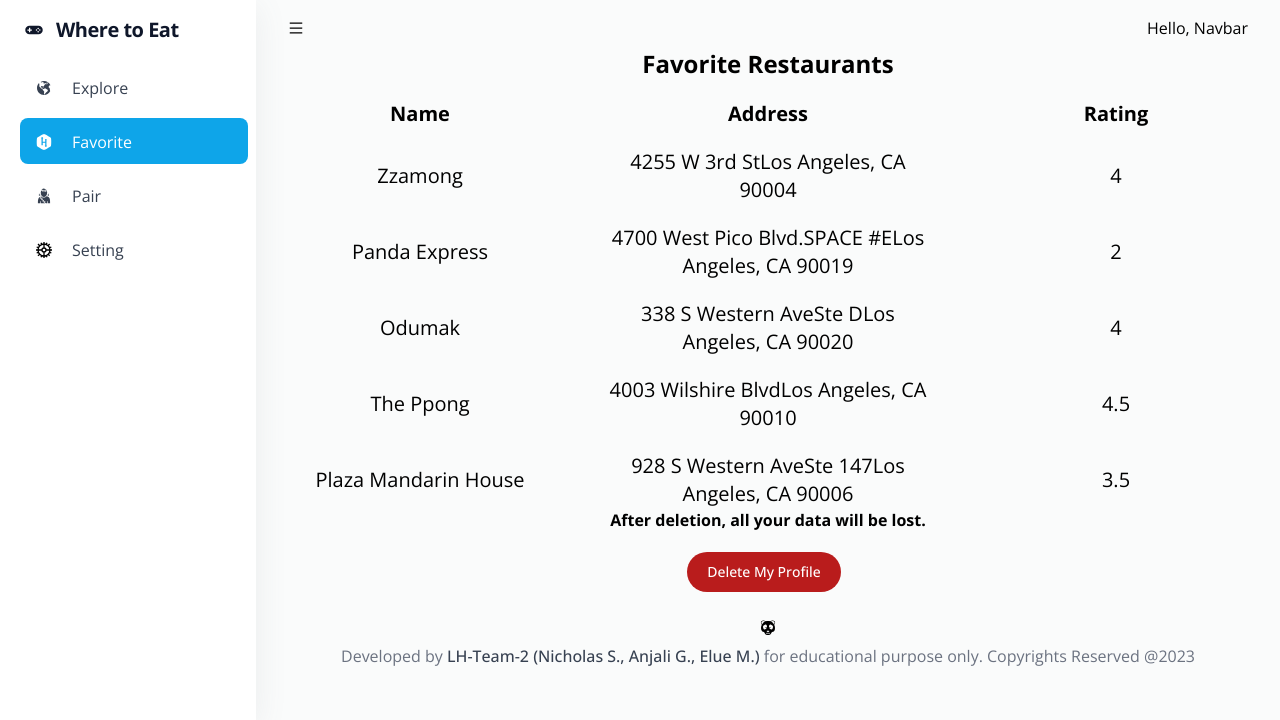
Repository: n-shen/where-to-eat
Page: /favorite (app in client/)
An editor plug-in stored every save of this project. The page is shown before and after the next save, followed by the edit.
The browser window is 1280 px wide. The pictures show the whole page.
The page's requests for data from a server got no answer. The project was rebuilt for these pictures with package versions that can differ from the ones it lists, and the page was loaded fresh each time. No one was signed in, and anything a server would have sent is missing. Also part of the build but not shown: client/src/data/cities.js, client/src/components/SearchForm.jsx, client/src/components/SearchResult.jsx, client/src/components/room.jsx, client/src/components/Room/Chat.jsx, client/src/components/Room/Selection.jsx, client/src/components/Room/Intro.jsx, client/src/components/Room/Game.jsx and 5 more.

Above is the page before, as saved 2023-05-05 20:08:58.

### client/src/index.js
import React from "react";
import ReactDOM from "react-dom/client";
import "./index.css";
import App from "./App";
import { ContextProvider } from "./contexts/ContextProvider";

const root = ReactDOM.createRoot(document.getElementById("root"));
root.render(
  <ContextProvider>
    <App />
  </ContextProvider>
);

### client/src/index.css
@import url('https://fonts.googleapis.com/css2?family=Open+Sans:wght@400;500;600;700&display=swap');

body {
  margin: 0;
  padding:0;
  font-family: "Open Sans", sans-serif;
}

@tailwind base;
@tailwind components;
@tailwind utilities;

### client/src/App.js
import React, { useEffect } from "react";
import { BrowserRouter, Routes, Route } from "react-router-dom";

import { Navbar, Sidebar, RoomPage } from "./components";
import {Favorite, Home} from "./pages";

import { useStateContext } from "./contexts/ContextProvider";
import "./App.css";

// import axios from "axios";

function App() {
  const { shared_info, activeMenu } = useStateContext();

  // const baseURL = shared_info.baseURL;

  return (
      <div>
        <BrowserRouter>
          <div className="flex relative dark:bg-main-dark-bg">
            {activeMenu ? (
                <div className="w-64 fixed sidebar dark:bg-secondary-dark-bg bg-white">
                  <Sidebar />
                </div>
            ) : (
                <div className="w-0 dark:bg-secondary-dark-bg">
                  <Sidebar />
                </div>
            )}

            <div
                className={`dark:bg-main-bg bg-main-bg min-h-screen w-full ${
                    activeMenu ? "md:ml-64" : " flex-2"
                }`}
            >
              <div className="fixed md:static bg-main-bg dark:bg-main-dark-bg navbar w-full">
                <Navbar />
              </div>

              <div>
                <Routes>
                  <Route path="/" element={<Home />}></Route>
                  <Route path="/favorite" element={<Favorite />}></Route>
                  <Route path="/room" element={<RoomPage />}></Route>
                </Routes>
              </div>
            </div>
          </div>
        </BrowserRouter>
      </div>
  );
}

export default App;

### client/src/contexts/ContextProvider.jsx
import React, { createContext, useContext, useState } from "react";
import { io } from "socket.io-client";

const StateContext = createContext();

const shared_info = {
  serverURL: "http://localhost:8080",
  apiURL: "http://localhost:8080/api/v1",
};

const socket = io(shared_info.serverURL);

export const ContextProvider = ({ children }) => {
  const [screenSize, setScreenSize] = useState(undefined);
  const [activeMenu, setActiveMenu] = useState(true);
  const [userProfile, setUserProfile] = useState(undefined);
  const [gameBegin, setGameBegin] = useState(false);
  const [gameIntroBegin, setGameIntroBegin] = useState(false);
  const [selectionBegin, setSelectionBegin] = useState(false);
  const [waiting, setWaiting] = useState(false);
  const [partnerReady, setPartnerReady] = useState(false);
  const [partnerAction, setPartnerAction] = useState("");
  const [displayCross, setDisplayCross] = useState(false);
  const [displayFinal, setDisplayFinal] = useState("");

  const [localStore, setLocalStore] = useState(null);

  const [queryResults, setQueryResults] = useState(null);

  return (
    <StateContext.Provider
      value={{
        socket,
        shared_info,
        userProfile,
        setUserProfile,
        activeMenu,
        setActiveMenu,
        screenSize,
        setScreenSize,
        selectionBegin,
        setSelectionBegin,
        waiting,
        setWaiting,
        gameIntroBegin,
        setGameIntroBegin,
        gameBegin,
        setGameBegin,
        partnerReady,
        setPartnerReady,
        partnerAction,
        setPartnerAction,
        displayCross,
        setDisplayCross,
        displayFinal,
        setDisplayFinal,
        queryResults,
        setQueryResults,
        localStore,
        setLocalStore,
      }}
    >
      {children}
    </StateContext.Provider>
  );
};

export const useStateContext = () => useContext(StateContext);

### client/src/components/index.js
export { default as Navbar } from "./Navbar";
export { default as Sidebar } from "./Sidebar";
export { default as Footer } from "./Footer";
export { default as SearchForm } from "./SearchForm";
export { default as SearchResult } from "./SearchResult";
export { default as RoomPage } from "./room";
export { default as Room } from "./Room/Room";

### client/src/pages/index.jsx
export { default as Home } from "./Home";
export { default as Favorite } from "./Favorite";

### client/src/App.css
.sidebar {
  box-shadow: rgb(113 122 131 / 11%) 0px 7px 30px 0px;
}
.nav-item,
.navbar {
  z-index: 10000;
}
@media  screen and (max-width:800px) {
  .sidebar{
    z-index: 10000000;
  }
}

.e-dlg-center-center, .e-quick-popup-wrapper.e-device{
  z-index: 1000000 !important;
}

::-webkit-scrollbar {
  width: 6px;
}
::-webkit-scrollbar-thumb {
  background-color: rgb(216, 216, 216);
  border-radius: 40px;
}
::-webkit-scrollbar-track {
  background-color: transparent;
}

/* color-picker style  */

#preview {
  background: transparent
  url('https://ej2.syncfusion.com/react/demos/src/color-picker/images/pen.png')
  no-repeat;
  display: inline-block;
  height: 80px;
  margin: 10px 0;
  min-width: 300px;
  max-width: 600px;
  background-color: #008000;
}

.e-input-group:not(.e-float-icon-left), .e-input-group.e-success:not(.e-float-icon-left), .e-input-group.e-warning:not(.e-float-icon-left), .e-input-group.e-error:not(.e-float-icon-left), .e-input-group.e-control-wrapper:not(.e-float-icon-left), .e-input-group.e-control-wrapper.e-success:not(.e-float-icon-left), .e-input-group.e-control-wrapper.e-warning:not(.e-float-icon-left), .e-input-group.e-control-wrapper.e-error:not(.e-float-icon-left){
  border: none;
}

### client/src/components/Navbar.jsx
import React, { useEffect } from "react";
import { useStateContext } from "../contexts/ContextProvider";
import { AiOutlineMenu } from "react-icons/ai";

const Navbar = () => {
    const { activeMenu, setActiveMenu, setScreenSize, screenSize, userProfile } =
        useStateContext();

    useEffect(() => {
        const handleResize = () => setScreenSize(window.innerWidth);

        window.addEventListener("resize", handleResize);

        handleResize();

        return () => window.removeEventListener("resize", handleResize);
    }, [setScreenSize]);

    useEffect(() => {
        if (screenSize <= 900) {
            setActiveMenu(false);
        } else {
            setActiveMenu(true);
        }
    }, [screenSize, setScreenSize, setActiveMenu]);

    const handleActiveMenu = () => setActiveMenu(!activeMenu);

    return (
        <div className="mt-2 flex justify-between p-2 md:ml-6 md:mr-6 relative">
            <button onClick={handleActiveMenu}>
                <AiOutlineMenu />
            </button>
            <div>
                <p className={screenSize >= 900 ? "" : "text-xs"}>Hello, Navbar</p>
                {userProfile && (
                    <div className="flex items-center gap-2 p-1 rounded-lg text-right">
                        <p className={screenSize >= 900 ? "" : "text-xs"}>
                            <span className="text-gray-400 text-14">Hi,</span>{" "}
                            <span className="text-gray-400 font-bold ml-1 text-14">
                {userProfile["name"]}
              </span>{" "}
                            <span className="text-gray-400 text-14">from</span>
                            <span className="text-gray-400 font-bold ml-1 text-14">
                {userProfile["city"]}
              </span>{" "}
                        </p>
                    </div>
                )}
            </div>
        </div>
    );
};

export default Navbar;

### client/src/components/Sidebar.jsx
import React from "react";
import { Link, NavLink } from "react-router-dom";
import { GiEarthAmerica, GiFrankensteinCreature } from "react-icons/gi";
import { GrSettingsOption } from "react-icons/gr";
import { IoLogoGameControllerA } from "react-icons/io";
import { FaHackerrank } from "react-icons/fa";
import { MdOutlineCancel } from "react-icons/md";
import { useStateContext } from "../contexts/ContextProvider";

const Sidebar = () => {
    const { activeMenu, setActiveMenu, screenSize } = useStateContext();

    const handleCloseSideBar = () => {
        if (activeMenu !== undefined && screenSize <= 900) {
            setActiveMenu(false);
        }
    };

    const activeLink =
        "flex items-center gap-5 pl-4 pt-3 pb-2.5 rounded-lg text-white text-md m-2 bg-sky-500/100";
    const normalLink =
        "flex items-center gap-5 pl-4 pt-3 pb-2.5 rounded-lg text-md text-gray-700 dark:text-gray-200 dark:hover:text-black hover:bg-light-gray m-2";

    return (
        <div className="ml-3 h-screen md:overflow-hidden overflow-auto md:hover:overflow-auto pb-10">
            {activeMenu && (
                <>
                    <div className="flex justify-between items-center">
                        <Link
                            to="/"
                            onClick={handleCloseSideBar}
                            className="items-center gap-3 ml-3 mt-4 flex text-xl font-extrabold tracking-tight dart:text-white text-slate-900"
                        >
                            <IoLogoGameControllerA />
                            <span>Where to Eat</span>
                        </Link>

                        <div>
                            <button
                                type="button"
                                onClick={() => setActiveMenu(!activeMenu)}
                                className="text-xl rounded-full p-3 hover:bg-light-gray mt-4 block md:hidden"
                            >
                                <MdOutlineCancel />
                            </button>
                        </div>
                    </div>
                    <div className="mt-5">
                        <NavLink
                            to="/"
                            key="Home"
                            onClick={handleCloseSideBar}
                            className={({ isActive }) => (isActive ? activeLink : normalLink)}
                        >
                            <GiEarthAmerica />
                            <span>Explore</span>
                        </NavLink>

                        <NavLink
                            to="/favorite"
                            key="Favorite"
                            onClick={handleCloseSideBar}
                            className={({ isActive }) => (isActive ? activeLink : normalLink)}
                        >
                            <FaHackerrank />
                            <span>Favorite</span>
                        </NavLink>

                        <NavLink
                            to="/room"
                            key="RoomPage"
                            onClick={handleCloseSideBar}
                            className={({ isActive }) => (isActive ? activeLink : normalLink)}
                        >
                            <GiFrankensteinCreature />
                            <span>Pair</span>
                        </NavLink>

                        <NavLink
                            to="/setting"
                            key="Setting"
                            onClick={handleCloseSideBar}
                            className={({ isActive }) => (isActive ? activeLink : normalLink)}
                        >
                            <GrSettingsOption />
                            <span>Setting</span>
                        </NavLink>
                    </div>
                </>
            )}
        </div>
    );
};

export default Sidebar;

### client/src/components/Footer.jsx
import React from "react";
import { GiPanda } from "react-icons/gi";

const Footer = () => {
    return (
        <div className="mt-5 mb-5 ">
            <div className="flex justify-center mb-2">
                <GiPanda />
            </div>

            <p className="text-center text-gray-500 dark:text-gray-400">
                Developed by{" "}
                <span className="font-medium text-gray-700 dark:text-blue-500 hover:no-underline">
          LH-Team-2 (Nicholas S., Anjali G., Elue M.)
        </span>{" "}
                for educational purpose only. Copyrights Reserved @2023
            </p>
        </div>
    );
};

export default Footer;

### client/src/pages/Favorite.jsx
import React, { useState } from "react";
import { useStateContext } from "../contexts/ContextProvider";
import { Footer } from "../components";
import axios from "axios";

export const restaurants = [
  {
    id: 1,
    name: "Zzamong",
    image:
      "https://s3-media2.fl.yelpcdn.com/bphoto/6AUVIwPCv8wCZ9FYeCfocw/o.jpg",
    address: ["4255 W 3rd St", "Los Angeles, CA 90004"],
    rating: "4",
  },
  {
    id: 2,
    name: "Panda Express",
    image:
      "https://s3-media4.fl.yelpcdn.com/bphoto/44dT6JEXkhMrtUcps1a5jw/o.jpg",
    address: ["4700 West Pico Blvd.", "SPACE #E", "Los Angeles, CA 90019"],
    rating: "2",
  },
  {
    id: 3,
    name: "Odumak",
    image:
      "https://s3-media1.fl.yelpcdn.com/bphoto/hKaezVO6_0F50RXmfH7WBQ/o.jpg",
    address: ["338 S Western Ave", "Ste D", "Los Angeles, CA 90020"],
    rating: "4",
  },
  {
    id: 4,
    name: "The Ppong",
    image:
      "https://s3-media3.fl.yelpcdn.com/bphoto/Li5i5N_Y7VwLTsJvLA2pKw/o.jpg",
    address: ["4003 Wilshire Blvd", "Los Angeles, CA 90010"],
    rating: "4.5",
  },
  {
    id: 5,
    name: "Plaza Mandarin House",
    image:
      "https://s3-media1.fl.yelpcdn.com/bphoto/1nVrf8ItPD0dF_97JGQEzw/o.jpg",
    address: ["928 S Western Ave", "Ste 147", "Los Angeles, CA 90006"],
    rating: "3.5",
  },
];

const Favorite = () => {
  const { shared_info, screenSize, userProfile } = useStateContext();
  const baseURL = shared_info.baseURL;

  return (
    <div className={screenSize >= 900 ? "mt-0" : "mt-16"}>
      <h1 className="text-center font-bold text-2xl mb-5">
        Favorite Restaurants
      </h1>
      <FavoriteList />
      <h2 className="text-center font-bold">
        After deletion, all your data will be lost.
      </h2>
      <div className="flex justify-center">
        <button
          type="button"
          className="mt-5 text-white bg-red-700 hover:bg-red-800 focus:outline-none focus:ring-4 focus:ring-red-300 font-medium rounded-full text-sm px-5 py-2.5 text-center mr-2 mb-2 dark:bg-red-600 dark:hover:bg-red-700 dark:focus:ring-red-900"
        >
          Delete My Profile
        </button>
      </div>

      <Footer />
    </div>
  );
};

export default Favorite;

export const FavoriteList = () => {
  return (
    <div className="grid grid-cols-3 gap-5">
    <h2 className="flex items-center justify-center gap-3 text-xl font-bold text-center">Name</h2>
    <h2 className="flex items-center justify-center gap-3 text-xl font-bold text-center">Address</h2>
    <h2 className="flex items-center justify-center gap-3 text-xl font-bold text-center">Rating</h2>
    {restaurants.map((restaurant) => (
      <React.Fragment key={restaurant.id}>
        <p className="flex items-center justify-center gap-3 text-xl text-center">{restaurant.name}</p>
        <p className="flex items-center justify-center gap-3 text-xl text-center">{restaurant.address}</p>
        <p className="flex items-center justify-center gap-3 text-xl text-center">{restaurant.rating}</p>
      </React.Fragment>
    ))}
  </div>

  );
};

### client/tailwind.config.js
/** @type {import('tailwindcss').Config} */
module.exports = {
    content: ["./src/**/*.{js,jsx,ts,tsx}"],
    darkMode: "class",
    theme: {
        fontFamily: {
            display: ["Open Sans", "sans-serif"],
            body: ["Open Sans", "sans-serif"],
        },
        extend: {
            fontSize: {
                14: "14px",
            },
            backgroundColor: {
                "main-bg": "#FAFBFB",
                "main-dark-bg": "#20232A",
                "secondary-dark-bg": "#33373E",
                "light-gray": "#F7F7F7",
                "half-transparent": "rgba(0, 0, 0, 0.5)",
            },
            borderWidth: {
                1: "1px",
            },
            borderColor: {
                color: "rgba(0, 0, 0, 0.1)",
            },
            width: {
                400: "400px",
                760: "760px",
                780: "780px",
                800: "800px",
                1000: "1000px",
                1200: "1200px",
                1400: "1400px",
            },
            height: {
                80: "80px",
            },
            minHeight: {
                590: "590px",
            },
        },
    },
    plugins: [],
};

Loaded but not shown: client/public/index.html (common file)

After the next save:
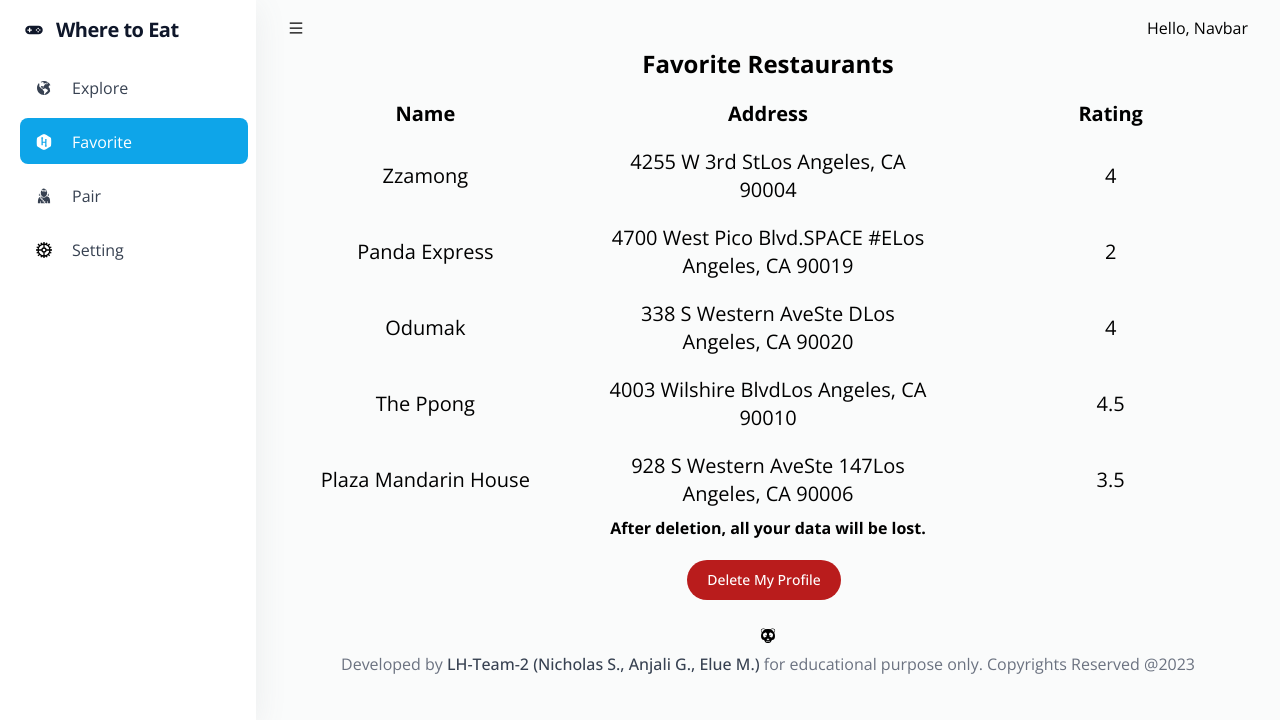
Saved 23 s later.
--- a/client/src/pages/Favorite.jsx
+++ b/client/src/pages/Favorite.jsx
@@ -77,7 +77,7 @@
 
 export const FavoriteList = () => {
   return (
-    <div className="grid grid-cols-3 gap-5">
+    <div className="grid grid-cols-3 gap-5 m-2">
     <h2 className="flex items-center justify-center gap-3 text-xl font-bold text-center">Name</h2>
     <h2 className="flex items-center justify-center gap-3 text-xl font-bold text-center">Address</h2>
     <h2 className="flex items-center justify-center gap-3 text-xl font-bold text-center">Rating</h2>
@@ -89,6 +89,5 @@
       </React.Fragment>
     ))}
   </div>
-
   );
 };
